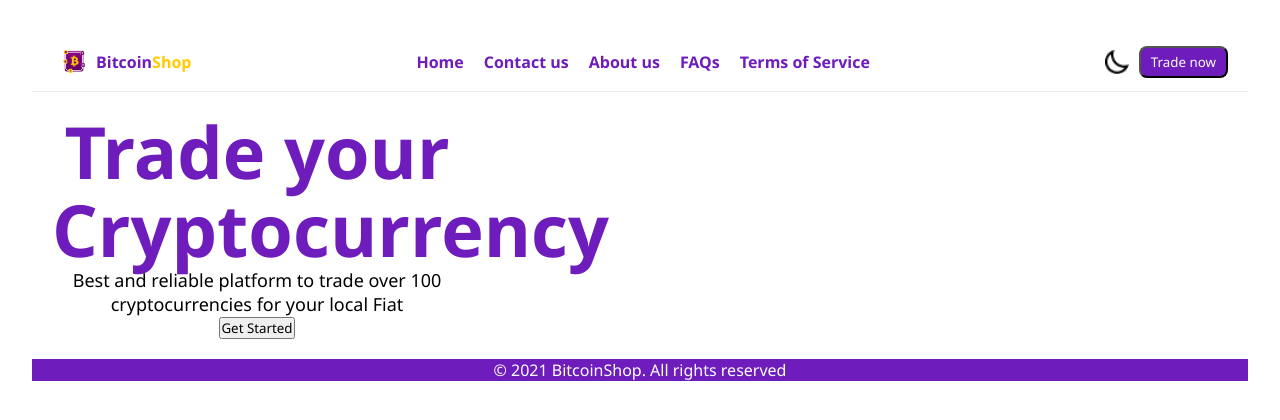
Repository: akinmiday/bitcoinshop-website
Page: /
An editor plug-in stored every save of this project. The page is shown before and after the next save, followed by the edit.
The browser window is 1280 px wide. The pictures show the whole page.
The project was rebuilt for these pictures with package versions that can differ from the ones it lists, and the page was loaded fresh each time. Also part of the build but not shown: vite.config.js.

Above is the page before, as saved 2023-07-10 15:48:34.

### src/App.jsx
import React from 'react'
import { Route, createBrowserRouter, RouterProvider, createRoutesFromElements } from "react-router-dom"
import './App.css'
import Layout from './components/layout'
import TitlePage from './pages/title'



const router = createBrowserRouter(createRoutesFromElements(
  <Route path='/' element={<Layout />} >
    <Route index element={<TitlePage />} />
  </Route>
))

function App() {

  return (
    <RouterProvider router={router} />
  )
}

export default App

### src/index.css
*{
    margin: 0;
    padding: 0;
    box-sizing: border-box;
    font-family: 'Segoe UI', Tahoma, Geneva, Verdana, sans-serif ;
}

.header{
    display: flex;
    color:#6E1CBC;
    display: flex;
    align-items: center;
    border-bottom: #EAEAEA solid 1px;
    height: 60px;
    flex-shrink: 0;
    justify-content: space-between;
    padding: 20px;
}


.right-side-header{
    display: flex;
    align-items: center;
    font-weight: 500;
}

.right-side-header > img{
    padding: 10px;
    height: 44px;

}

.shop-logo{
    color:#FFCC00 ;
}


.middle-section-header {
    display: flex;
    justify-content: center;
    align-items: center;
    gap: 20px;
}

.right-side-header >button {
    background-color: #6E1CBC;
    color: #ffffff;
    padding: 5px 10px;
    border-radius: 8px;
}

.footer{
    background-color: #6E1CBC;
    color: #ffffff;
    display: flex;
    justify-content: center;
    align-items: center;
    margin-top: auto;
    flex-shrink: 0;
}

.left-side-title{
    width: 450px;
    padding: 20px;
}

.left-side-title > h1{
    color: #6E1CBC;
    font-size: 72px;
    font-style: normal;
    font-weight: 700;
    line-height: 78px
}

.left-side-title > p{
    font-size: 18px;
}

### src/components/layout.jsx
import React from "react";
import { Outlet } from "react-router-dom";
import Header from "./header";
import Footer from "./footer";
import TitlePage from "../pages/title";

export default function Layout() {
    return (<>
        <Header />
        <main>
            <Outlet />
        </main>
        <Footer />
    </>)
}

### src/pages/title.jsx
import React from "react";

export default function TitlePage() {
    return (
        <div>
            <div className="left-side-title" >
                <h1>Trade your Cryptocurrency</h1>
                <p>Best and reliable platform to trade over 100 cryptocurrencies for your local Fiat</p>
                <button>Get Started</button>
            </div>
        </div>
    )
}

### src/components/header.jsx
import React from "react";
import logoImg from "../assets/bitcoinshop-logo.png"
import lightIcon from "../assets/Light-icon.png"


export default function Header() {
    return (<div className="header" >
        <div className="right-side-header" ><img src={logoImg} />
            <h4>Bitcoin<span className="shop-logo" >Shop</span></h4>
        </div>
        <div className="middle-section-header" >
            <h4>Home</h4>
            <h4>Contact us</h4>
            <h4>About us</h4>
            <h4>FAQs</h4>
            <h4>Terms of Service</h4>
        </div>
        <div className="right-side-header" >
            <img src={lightIcon} />
            <button>Trade now</button>
        </div>


    </div>)
}

### src/components/footer.jsx
import React from "react";

export default function Footer() {
    return (<>
        <div className="footer" >&#169; 2021 BitcoinShop. All rights reserved</div>
    </>)
}

Loaded but not shown: src/main.jsx (common file); src/App.css (common file)

After the next save:
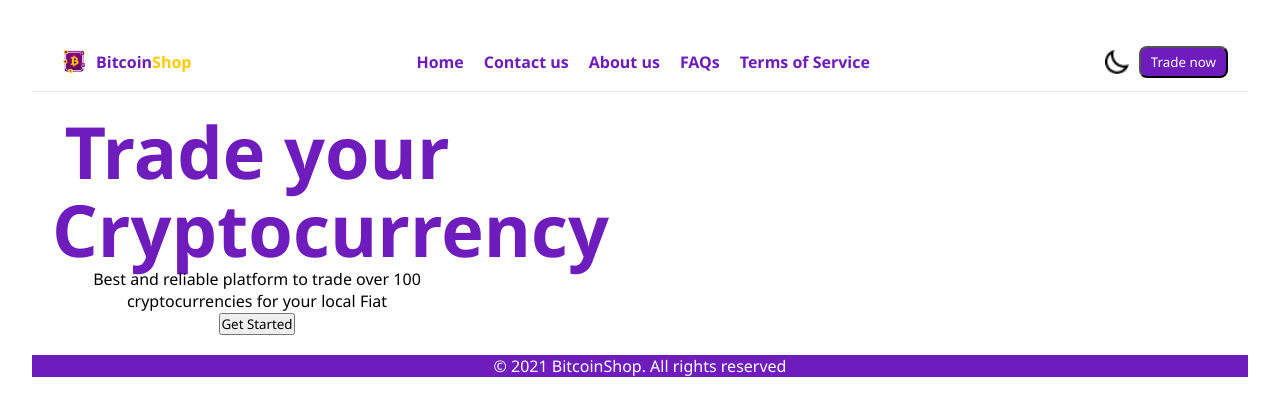
Saved 5 s later.
--- a/src/index.css
+++ b/src/index.css
@@ -73,5 +73,5 @@
 }
 
 .left-side-title > p{
-    font-size: 18px;
+    font-size: 16px;
 }

After the save that followed:
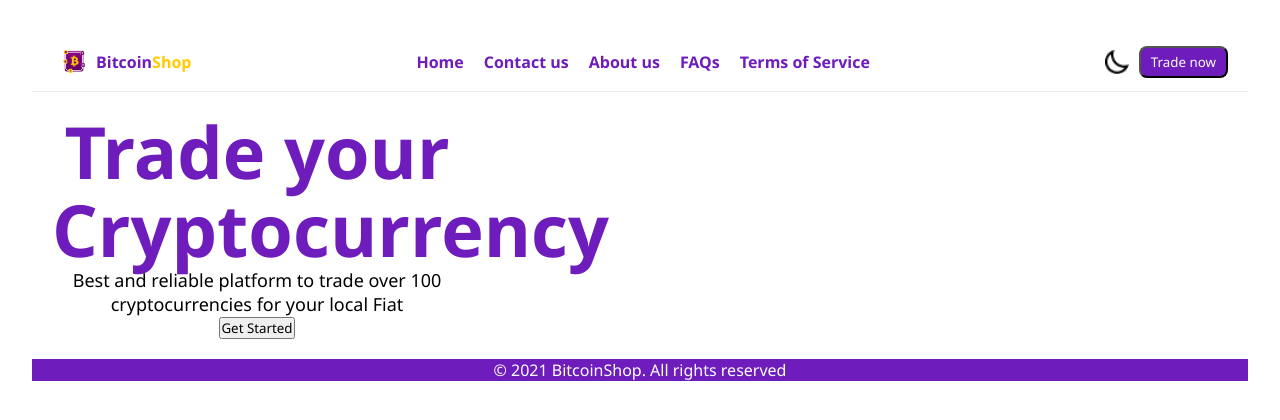
Saved 5 s later.
--- a/src/index.css
+++ b/src/index.css
@@ -73,5 +73,5 @@
 }
 
 .left-side-title > p{
-    font-size: 16px;
+    font-size: 18px;
 }
